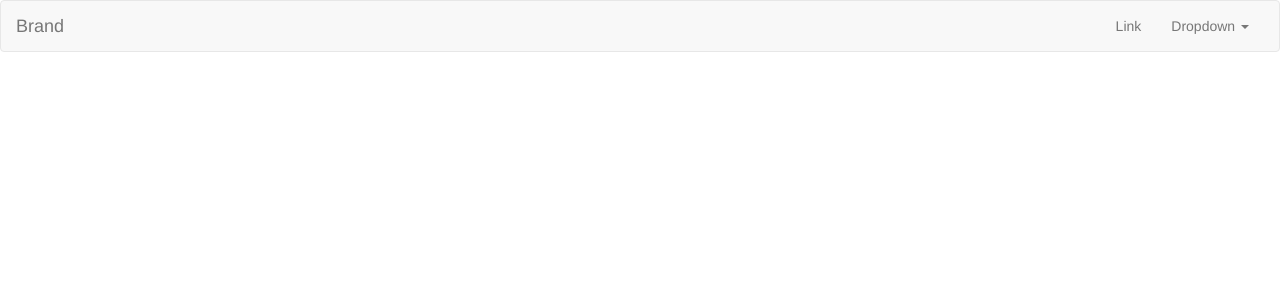
Repository: sajalsinghal7/Recruitment
Page: navbar_trial.html
The author's editor kept a record of every edit. The page is drawn from the files as they stood at one moment, then again after the next edit.
The browser window is 1280 px wide. The pictures show the whole page.

Above is the page before.

After the next edit:
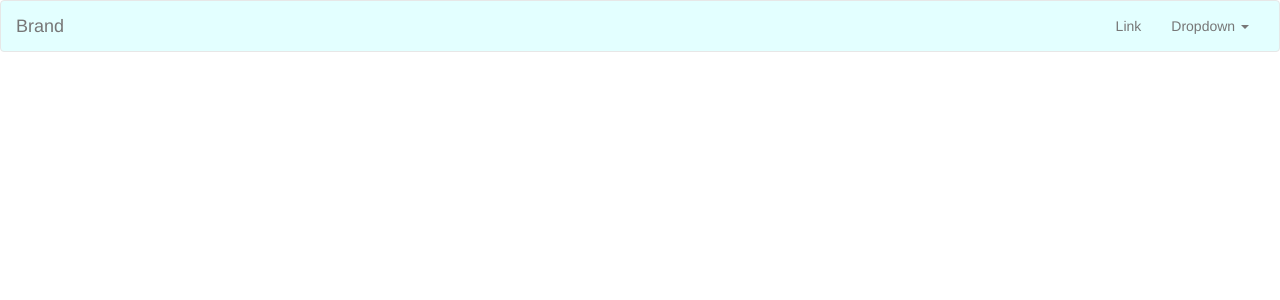
The edit:
--- a/navbar_trial.html
+++ b/navbar_trial.html
@@ -29,7 +29,7 @@
 
 
 
-  <nav class="navbar navbar-default">
+  <nav class="navbar navbar-default" style="background-color: #e3ffff;">
   <div class="container-fluid">
     <!-- Brand and toggle get grouped for better mobile display -->
     <div class="navbar-header">
